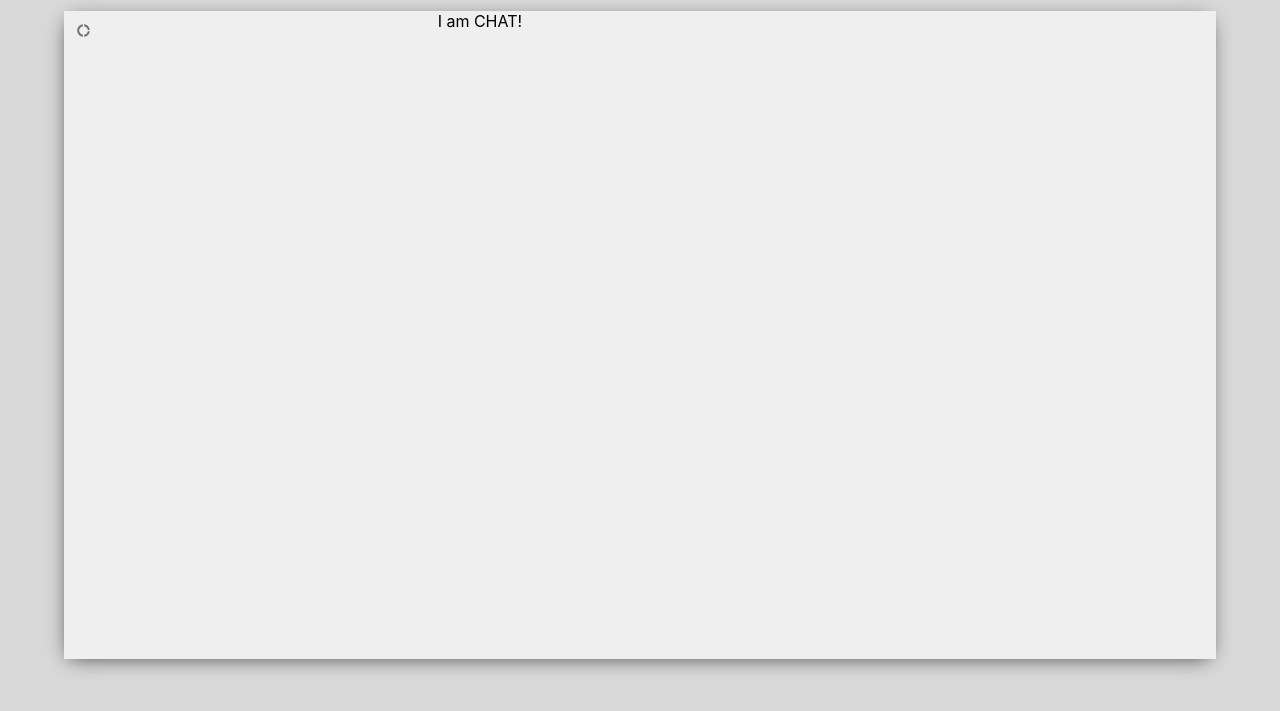
Repository: BogoGit/clone-whatsapp
Page: / (app in whatsapp-front/)
These files come from the project's save history. The page is drawn as it stood at one moment and after the next save; the edit follows.
The browser window is 1280 px wide. The pictures show the whole page.
The project was rebuilt for these pictures with package versions that can differ from the ones it lists, and the page was loaded fresh each time.

Above is the page before, as saved 2020-11-18 16:54:27.

### whatsapp-front/src/index.js
import React from 'react'
import ReactDOM from 'react-dom'
import './index.css'
import App from './Components/App'

ReactDOM.render(
	<React.StrictMode>
		<App />
	</React.StrictMode>,
	document.getElementById('root')
)

### whatsapp-front/src/index.css
*,
*::before,
*::after {
	margin: 0;
	padding: 0;
	box-sizing: border-box;
}

html {
	font-size: 62.5%;
}

body {
	margin: 0;
	font-family: -apple-system, BlinkMacSystemFont, 'Segoe UI', 'Roboto', 'Oxygen',
		'Ubuntu', 'Cantarell', 'Fira Sans', 'Droid Sans', 'Helvetica Neue',
		sans-serif;
	font-size: 1.6rem;
	-webkit-font-smoothing: antialiased;
	-moz-osx-font-smoothing: grayscale;
}

code {
	font-family: source-code-pro, Menlo, Monaco, Consolas, 'Courier New',
		monospace;
}

### whatsapp-front/src/Components/App.js
import React from 'react'
import './App.css'
import Sidebar from './Sidebar'
import Chat from './Chat'

function App() {
	return (
		<div className='app'>
			<div className='app__body'>
				<Sidebar />
				<Chat />
			</div>
		</div>
	)
}

export default App

### whatsapp-front/src/Components/App.css
.app {
	display: grid;
	place-items: center;
	height: 100vh;
	background-color: #dad9d9;
}

.app__body {
	display: flex;
	background-color: #efefef;
	margin-top: -5rem;
	height: 90vh;
	width: 90vw;
	box-shadow: -1px 4px 2rem -6px rgba(0, 0, 0, 0.75);
}

### whatsapp-front/src/Components/Sidebar.js
import React from 'react'
import './Sidebar.css'
import DonutLargeIcon from '@material-ui/icons/DonutLarge'
import { Avatar, IconButton } from '@material-ui/core'

const Sidebar = () => {
	return (
		<div class='sidebar'>
			<div className='sidebar__header'>
				<div className='sidebar__headerRight'>
					<IconButton>
						<DonutLargeIcon />
					</IconButton>
				</div>
			</div>
		</div>
	)
}

export default Sidebar

### whatsapp-front/src/Components/Chat.js
import React from 'react'

const Chat = () => {
	return <div class='chat'>I am CHAT!</div>
}

export default Chat

### whatsapp-front/src/Components/Sidebar.css
.sidebar {
	display: flex;
	flex-direction: column;
	flex: 0.35;
}

Loaded but not shown: whatsapp-front/public/index.html (common file)

After the next save:
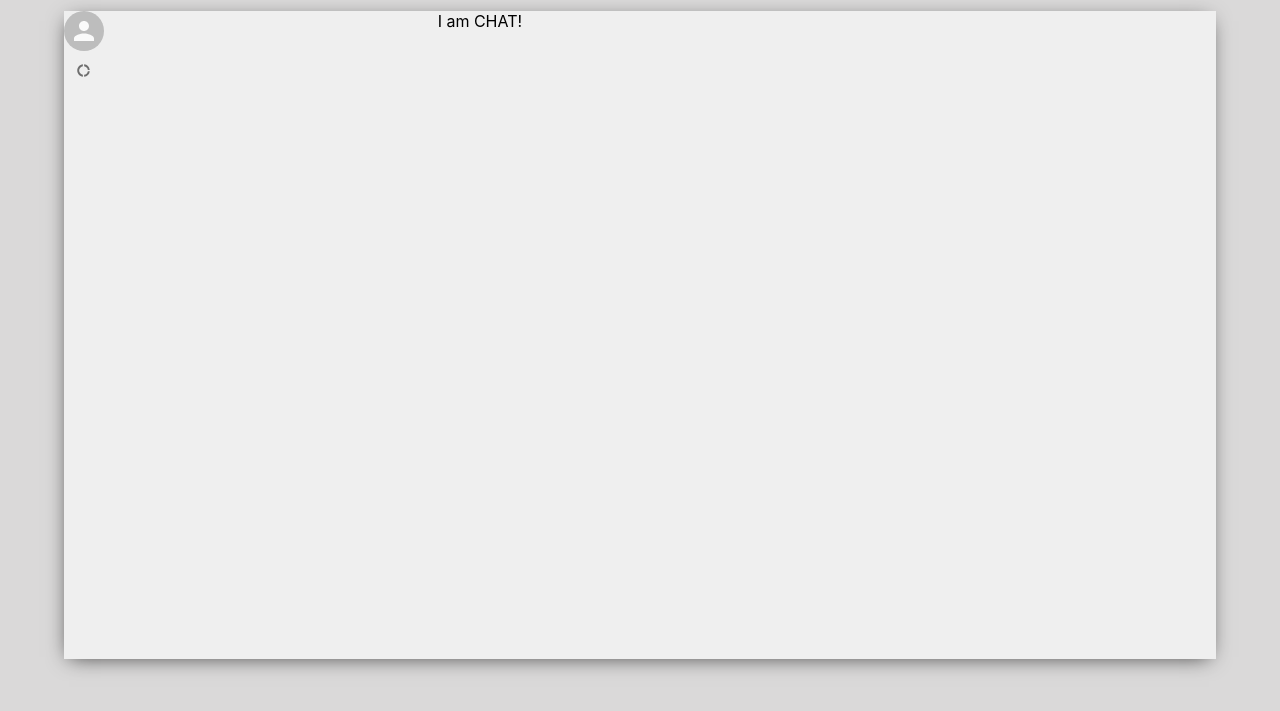
Saved 102 s later.
--- a/whatsapp-front/src/Components/Sidebar.js
+++ b/whatsapp-front/src/Components/Sidebar.js
@@ -7,6 +7,7 @@ const Sidebar = () => {
 	return (
 		<div class='sidebar'>
 			<div className='sidebar__header'>
+				<Avatar />
 				<div className='sidebar__headerRight'>
 					<IconButton>
 						<DonutLargeIcon />
